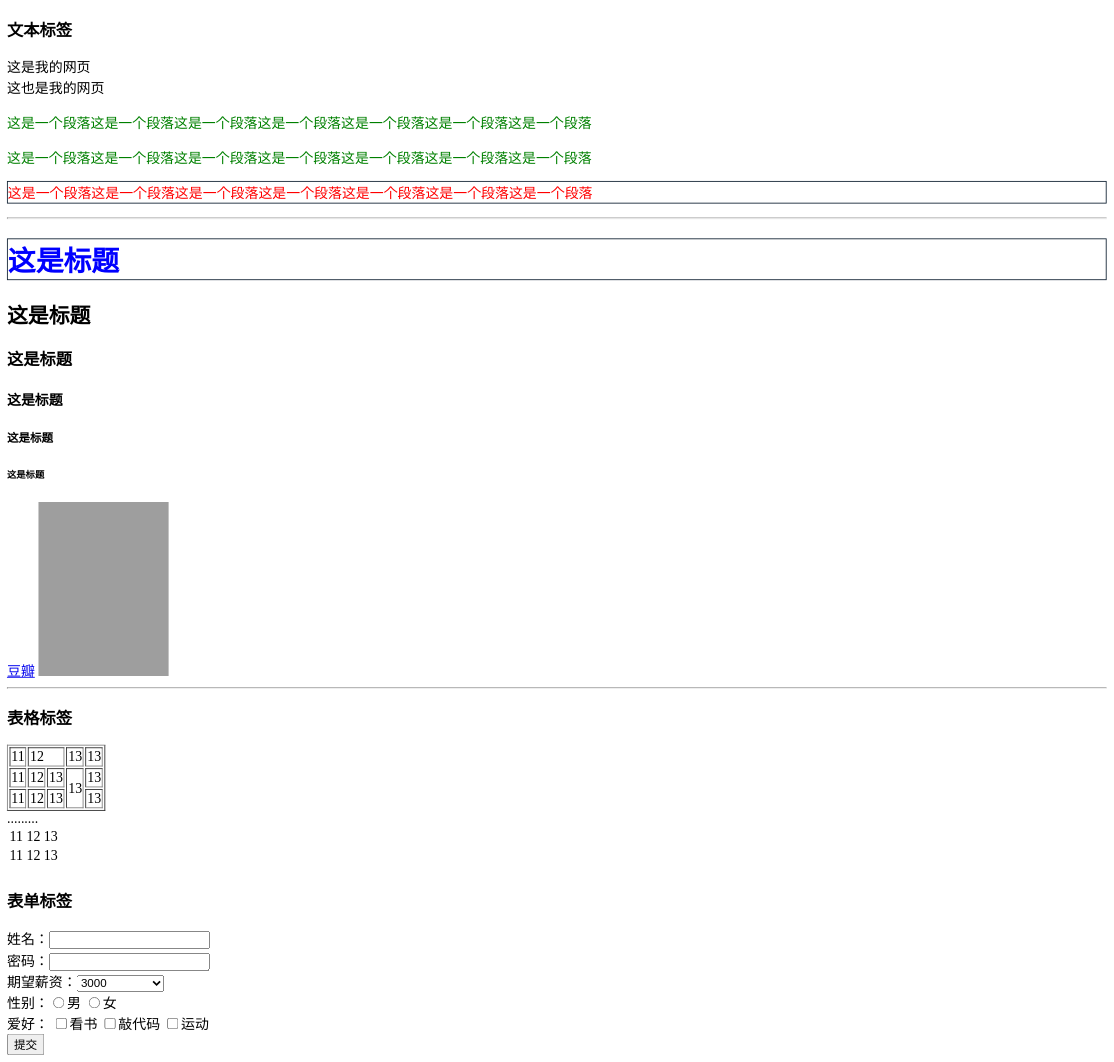
Repository: Jiege005/mytest-software-project
Page: mytest/WebContent/NewFile.html
The author's editor kept a copy of each file at every save. The page is drawn from the files as they stood at one save, then again after the next save.
The browser window is 1280 px wide. The pictures show the whole page, at 87% of full size.
Pictures or frames that could not be fetched are drawn as grey boxes.

Above is the page before, as saved 2025-06-17 08:01:05.

After the next save:
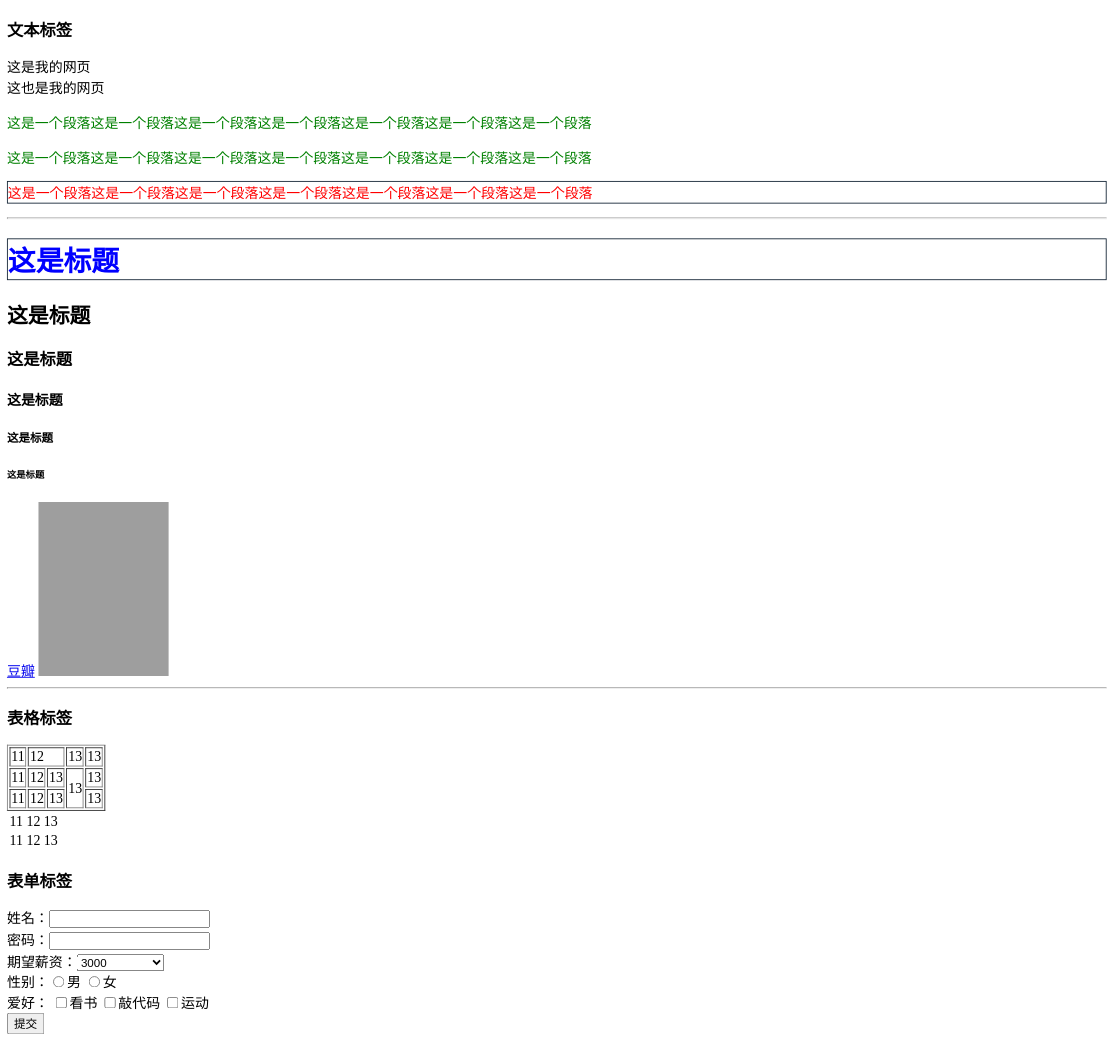
Saved 8 s later.
--- a/mytest/WebContent/NewFile.html
+++ b/mytest/WebContent/NewFile.html
@@ -76,9 +76,7 @@
 				<td>12</td>
 				<td>13</td>
 			</tr>
-			<tr class="warning">...</tr>
-			<tr class="danger">...</tr>
-			<tr class="info">...</tr>
+
 
 
 		</table>
